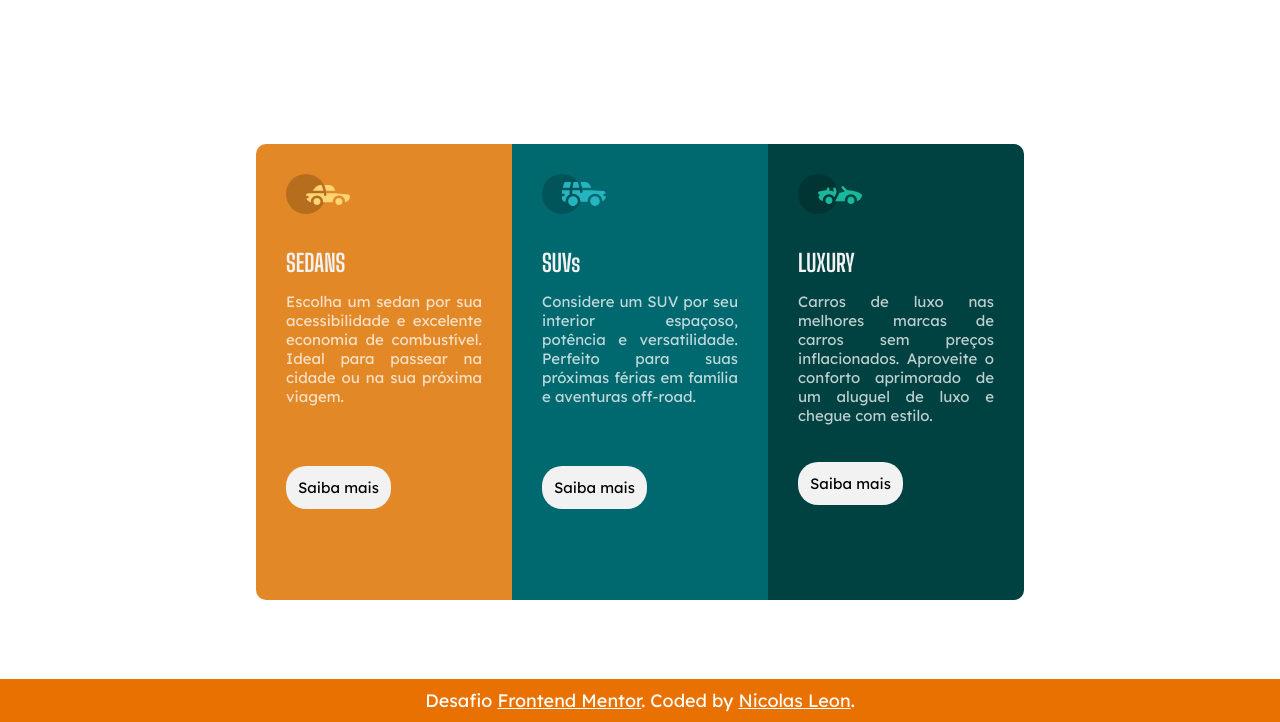
Repository: Leonngc/Car-cards
Page: index.html
An editor plug-in stored every save of this project. The page is shown before and after a run of saves, followed by the edit.
The browser window is 1280 px wide. The pictures show the whole page.

Above is the page before, as saved 2023-01-17 20:00:07.

After the next 2 saves:
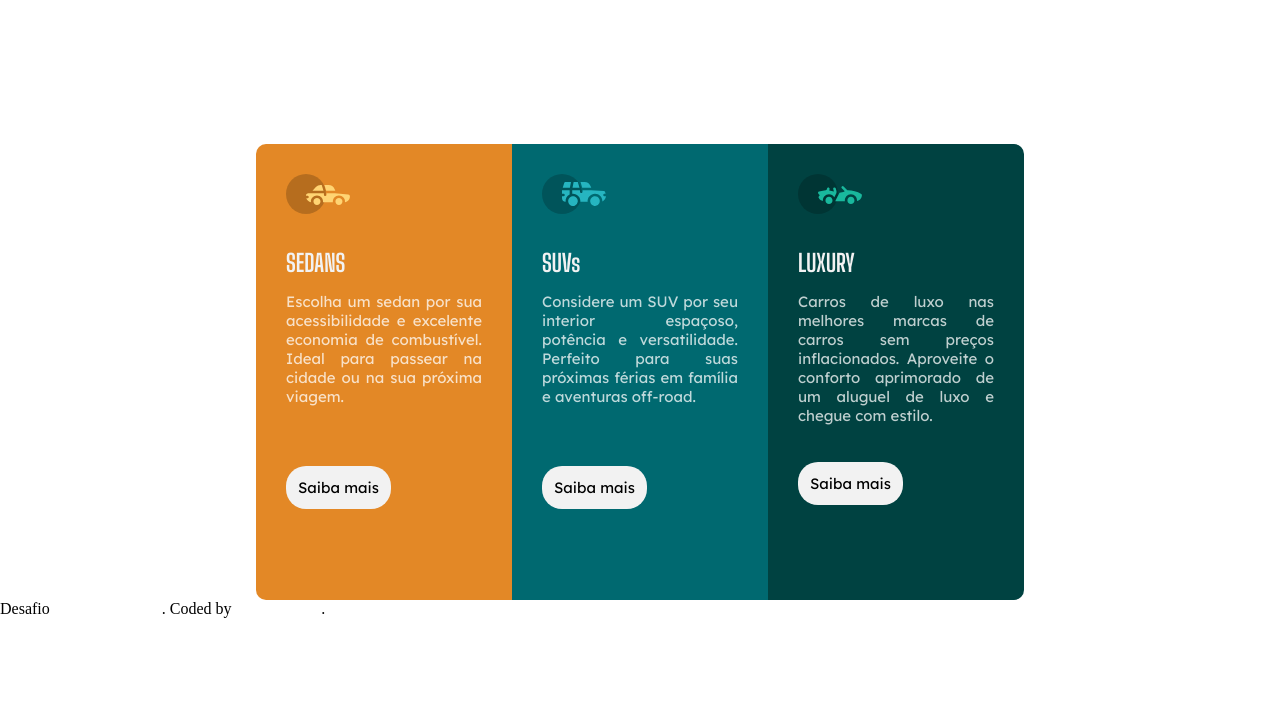
The 2 saves are shown as one change because they came seconds apart.
The last was saved 20 s later.
--- a/styles/style.css
+++ b/styles/style.css
@@ -71,6 +71,8 @@
 
 }
 
+.sedan
+
 
 footer > p {
   background-color: rgb(233, 113, 2);

After the save that followed:
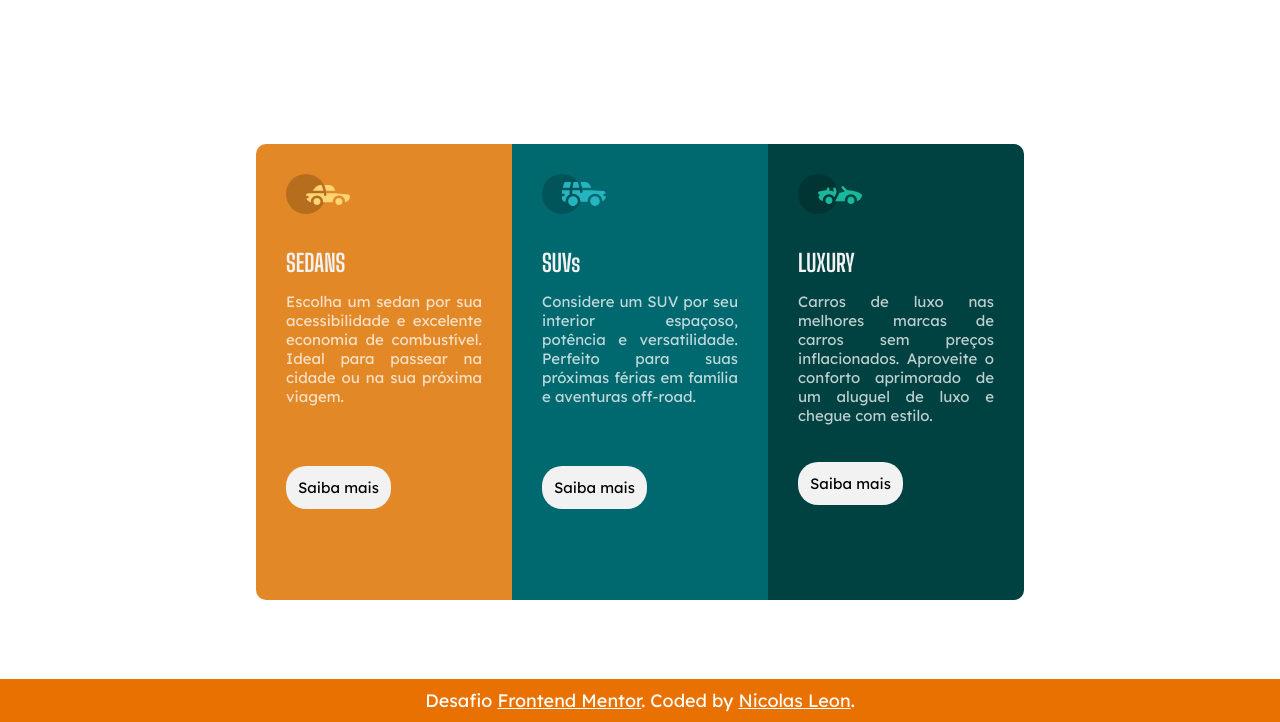
Saved 4 s later.
--- a/styles/style.css
+++ b/styles/style.css
@@ -71,7 +71,9 @@
 
 }
 
-.sedan
+.sedan-btn{
+
+}
 
 
 footer > p {
